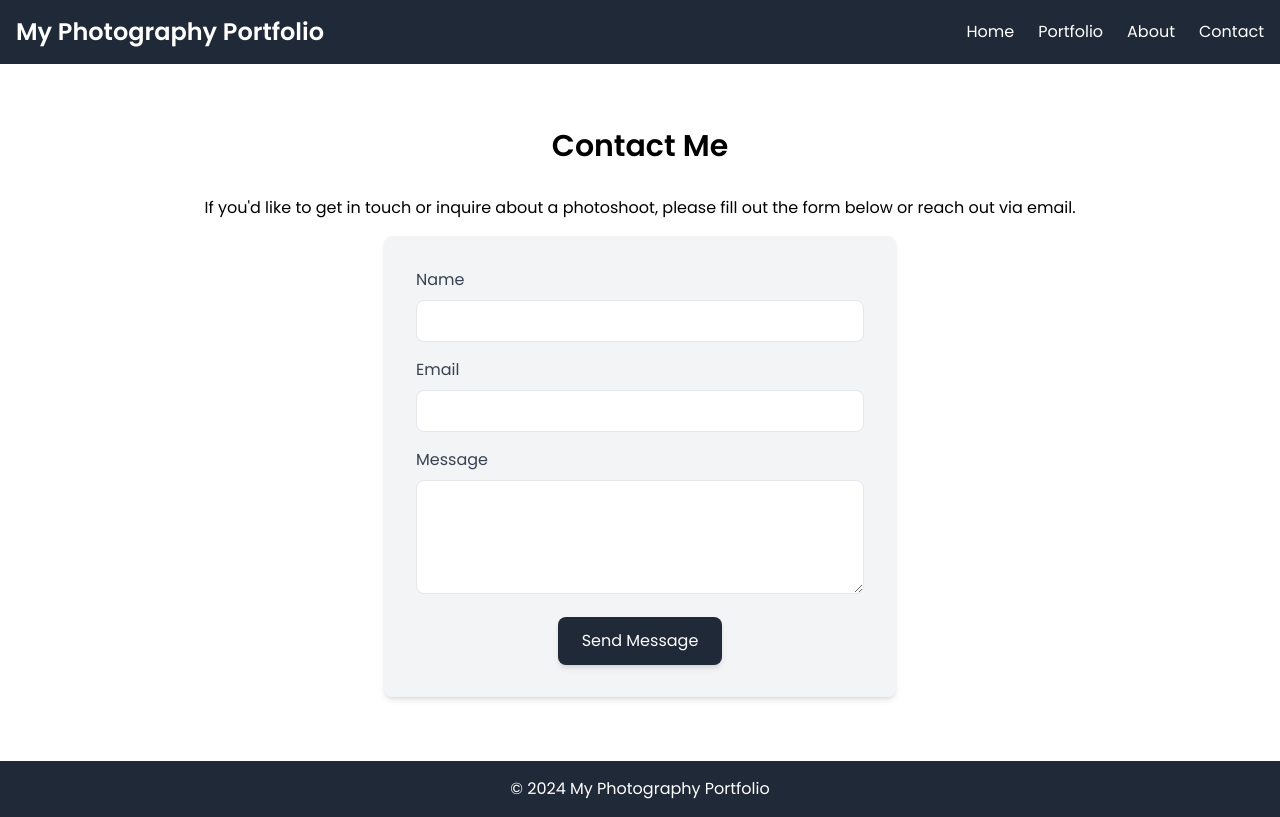
Repository: siyengar04/siyengar04.github.io
Page: contact.html
These files come from the project's save history. The page is drawn as it stood at one moment and after the next save; the edit follows.
The browser window is 1280 px wide. The pictures show the whole page.
Some web libraries are served in a nearby version.

Above is the page before, as saved 2024-10-31 15:36:46.

### contact.html
<!DOCTYPE html>
<html lang="en">

<head>
    <meta charset="UTF-8">
    <meta name="viewport" content="width=device-width, initial-scale=1.0">
    <title>Contact Me</title>
    <script src="https://cdn.tailwindcss.com"></script>
    <link href="https://fonts.googleapis.com/css2?family=Poppins:wght@300;400;600&display=swap" rel="stylesheet">
    <style>
        body {
            font-family: 'Poppins', sans-serif;
        }
    </style>
</head>

<body class="bg-gray-100">
    <header class="bg-gray-800 text-white py-4">
        <div class="container mx-auto flex justify-between items-center px-4">
            <h1 class="text-2xl font-semibold">My Photography Portfolio</h1>
            <nav>
                <ul class="flex space-x-6">
                    <li><a href="index.html" class="hover:text-gray-400">Home</a></li>
                    <li><a href="portfolio.html" class="hover:text-gray-400">Portfolio</a></li>
                    <li><a href="about.html" class="hover:text-gray-400">About</a></li>
                    <li><a href="contact.html" class="hover:text-gray-400">Contact</a></li>
                </ul>
            </nav>
        </div>
    </header>

    <section id="contact" class="contact py-16 bg-white">
        <div class="container mx-auto px-4 text-center">
            <h2 class="text-3xl font-bold mb-8">Contact Me</h2>
            <p class="mb-4">If you'd like to get in touch or inquire about a photoshoot, please fill out the form below or reach out via email.</p>
            <form action="#" method="POST" class="max-w-lg mx-auto bg-gray-100 p-8 rounded-lg shadow-md">
                <div class="mb-4">
                    <label for="name" class="block text-left text-gray-700 mb-2">Name</label>
                    <input type="text" id="name" name="name" class="w-full px-4 py-2 border rounded-lg focus:outline-none focus:ring-2 focus:ring-gray-400">
                </div>
                <div class="mb-4">
                    <label for="email" class="block text-left text-gray-700 mb-2">Email</label>
                    <input type="email" id="email" name="email" class="w-full px-4 py-2 border rounded-lg focus:outline-none focus:ring-2 focus:ring-gray-400">
                </div>
                <div class="mb-4">
                    <label for="message" class="block text-left text-gray-700 mb-2">Message</label>
                    <textarea id="message" name="message" rows="4" class="w-full px-4 py-2 border rounded-lg focus:outline-none focus:ring-2 focus:ring-gray-400"></textarea>
                </div>
                <button type="submit" class="bg-gray-800 text-white px-6 py-3 rounded-lg shadow-md hover:bg-gray-700">Send Message</button>
            </form>
        </div>
    </section>

    <footer class="bg-gray-800 text-white text-center py-4">
        <div class="container mx-auto">
            <p>&copy; 2024 My Photography Portfolio</p>
        </div>
    </footer>
</body>

</html>

After the next save:
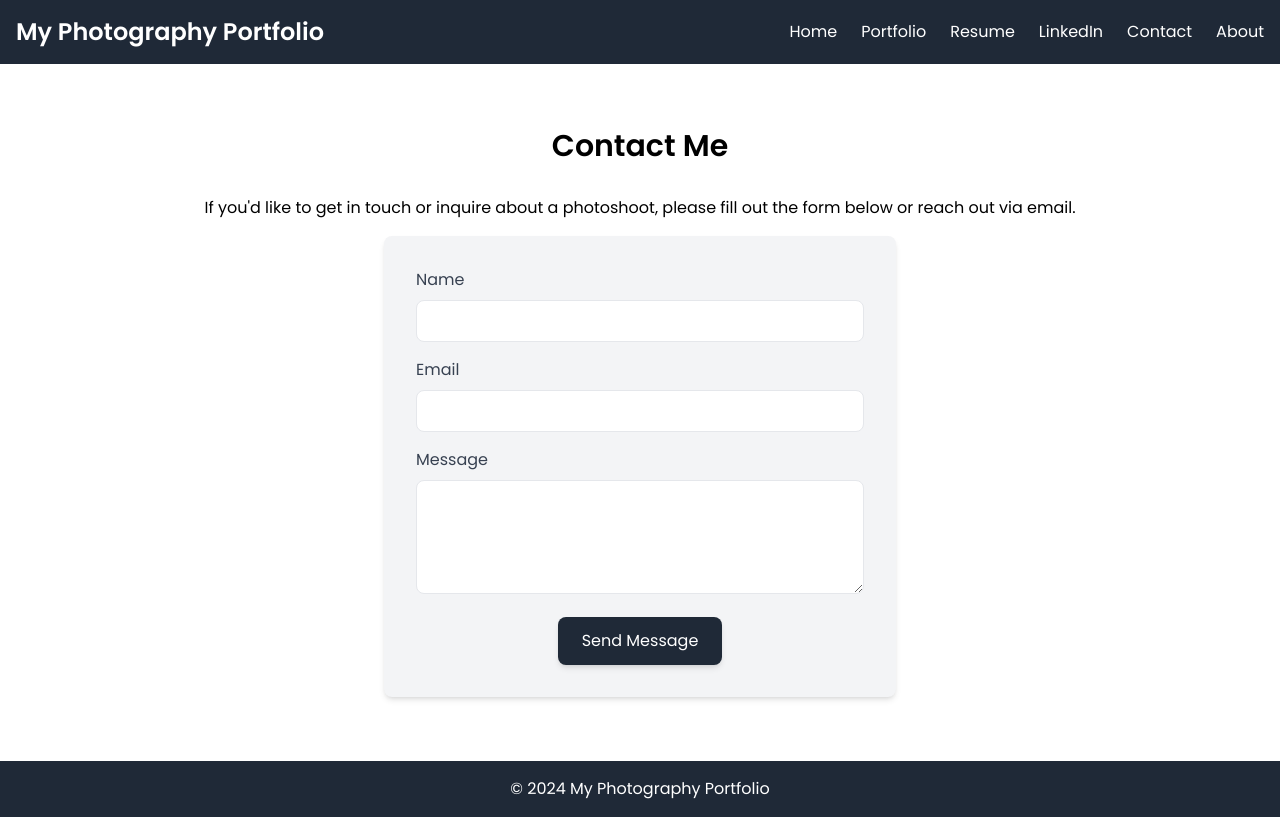
Saved 7 s later.
--- a/contact.html
+++ b/contact.html
@@ -21,9 +21,11 @@
             <nav>
                 <ul class="flex space-x-6">
                     <li><a href="index.html" class="hover:text-gray-400">Home</a></li>
-                    <li><a href="portfolio.html" class="hover:text-gray-400">Portfolio</a></li>
-                    <li><a href="about.html" class="hover:text-gray-400">About</a></li>
-                    <li><a href="contact.html" class="hover:text-gray-400">Contact</a></li>
+                    <li><a href="/pages/portfolio.html" class="hover:text-gray-400">Portfolio</a></li>
+                    <li><a href="/resume.html" class="hover:text-gray-400">Resume </a></li>
+                    <li><a href="https://www.linkedin.com/in/sameer-iyengar/" class="hover:text-gray-400">LinkedIn</a></li>
+                    <li><a href="/pages/contact.html" class="hover:text-gray-400">Contact</a></li>
+                    <li><a href="/pages/about.html" class="hover:text-gray-400">About</a></li>
                 </ul>
             </nav>
         </div>
